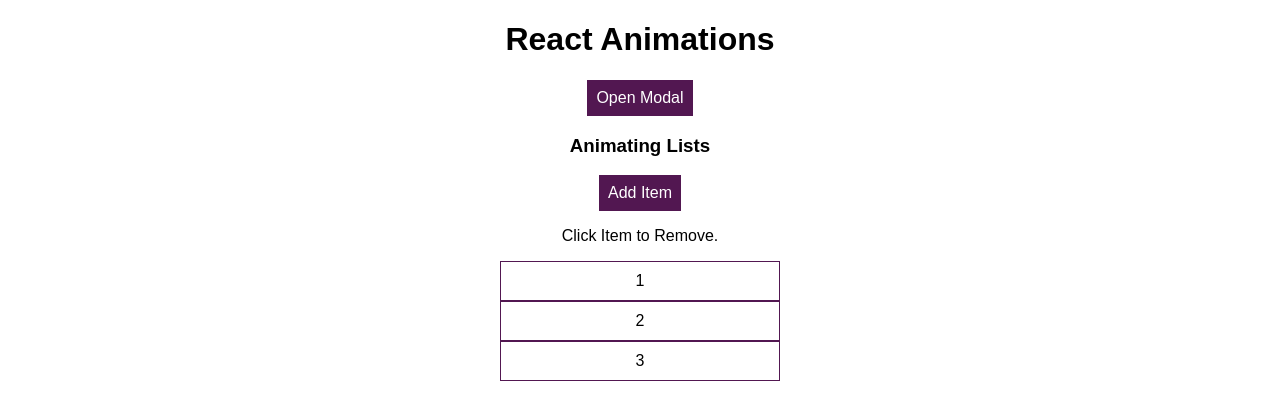
Repository: Aqsajj/react-learning
Page: / (app in animations/animations--01-start/)
The author's editor kept a copy of each file at every save. The page is drawn from the files as they stood at one save, then again after the next save.
The browser window is 1280 px wide. The pictures show the whole page.
The project was rebuilt for these pictures with package versions that can differ from the ones it lists, and the page was loaded fresh each time.

Above is the page before, as saved 2020-06-11 19:57:18.

After the next save:
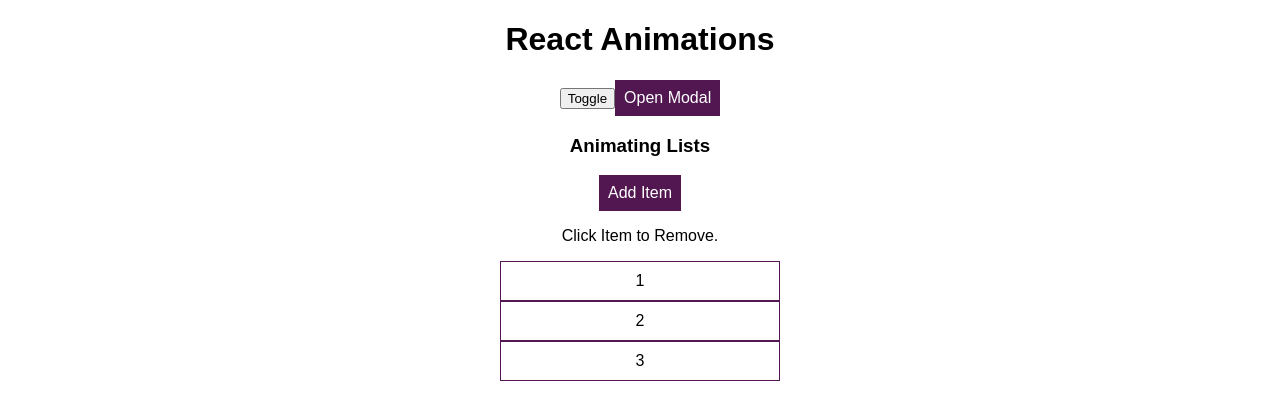
Saved 8 min 3 s later.
--- a/animations/animations--01-start/src/App.js
+++ b/animations/animations--01-start/src/App.js
@@ -7,7 +7,8 @@ import List from "./components/List/List";
 
 class App extends Component {
   state = {
-    modalIsOpen: false
+    modalIsOpen: false,
+    showBlock: false
   }
 
   showModal = () => {
@@ -25,6 +26,8 @@ class App extends Component {
     return (
       <div className="App">
         <h1>React Animations</h1>
+        <button >Toggle</button>
+        {this.state.showBlock ? <div style={{}}></div> : null}
         <Modal show={this.state.modalIsOpen} closed={this.hideModal} />
         <Backdrop />
         <button className="Button" onClick={this.showModal}>Open Modal</button>
